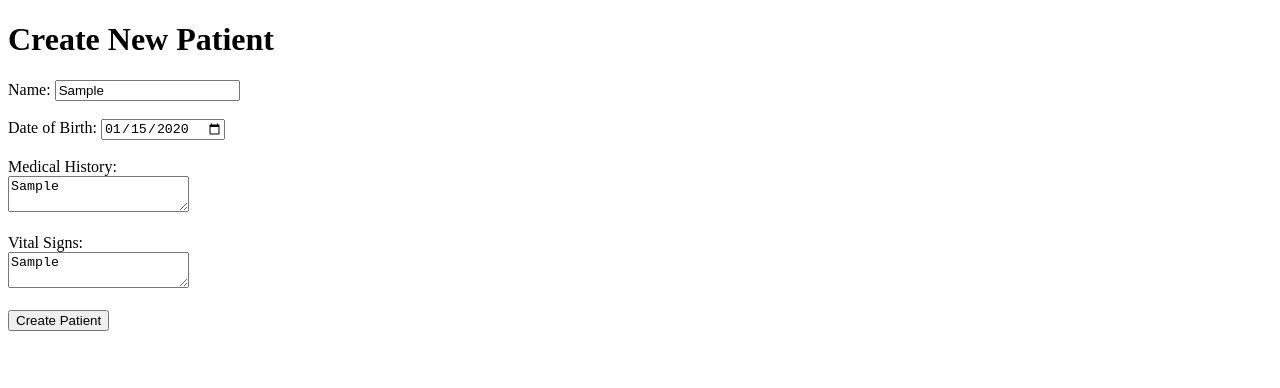
Repository: jaytriggz/Hospital-Management-System
Page: new_patient.html
These files come from the project's save history. The page is drawn as it stood at one moment and after the next save; the edit follows.
The browser window is 1280 px wide. The pictures show the whole page.
Empty fields were first filled with sample values (such as "Sample", 5 or name@example.com).
After loading, the first visible `#newPatientForm` was submitted once.
The page's requests for data from a server got no answer.

Above is the page before, as saved 2024-07-06 11:37:16.

After the next save:
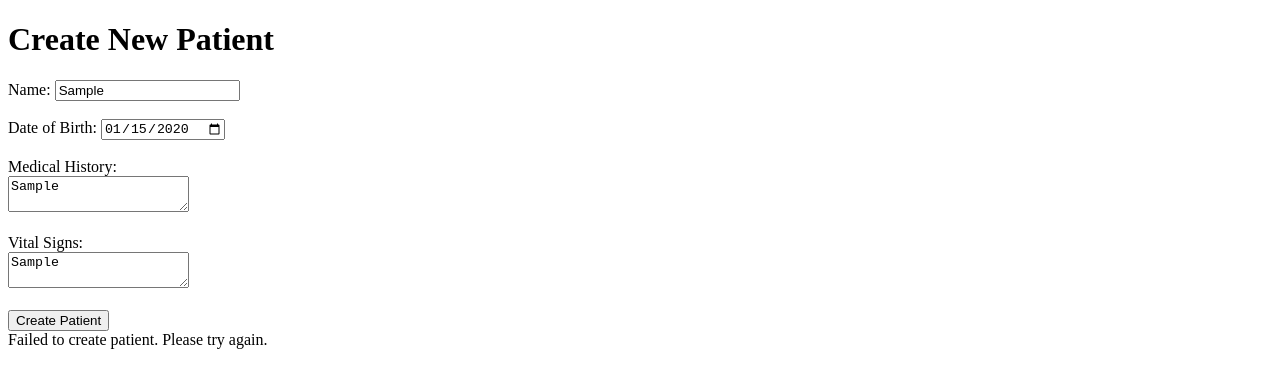
Saved 3 min 0 s later.
--- a/new_patient.html
+++ b/new_patient.html
@@ -18,10 +18,13 @@
         <label for="vitalSigns">Vital Signs:</label><br>
         <textarea id="vitalSigns" name="vitalSigns"></textarea><br><br>
         <button type="submit">Create Patient</button>
+        <div id="feedbackMessage"></div>
     </form>
 
     <script>
         const newPatientForm = document.getElementById('newPatientForm');
+        const feedbackMessage = document.getElementById('feedbackMessage');
+
         newPatientForm.addEventListener('submit', async (event) => {
             event.preventDefault();
             const formData = new FormData(newPatientForm);
@@ -40,12 +43,15 @@
                 }
                 const newPatient = await response.json();
                 console.log('New patient created:', newPatient);
+                feedbackMessage.innerHTML = 'Patient created successfully!';
                 // Optionally redirect to a success page or handle response
             } catch (error) {
                 console.error('Error creating patient:', error);
+                feedbackMessage.innerHTML = 'Failed to create patient. Please try again.';
                 // Handle error (e.g., display error message)
             }
         });
     </script>
+
 </body>
 </html>
